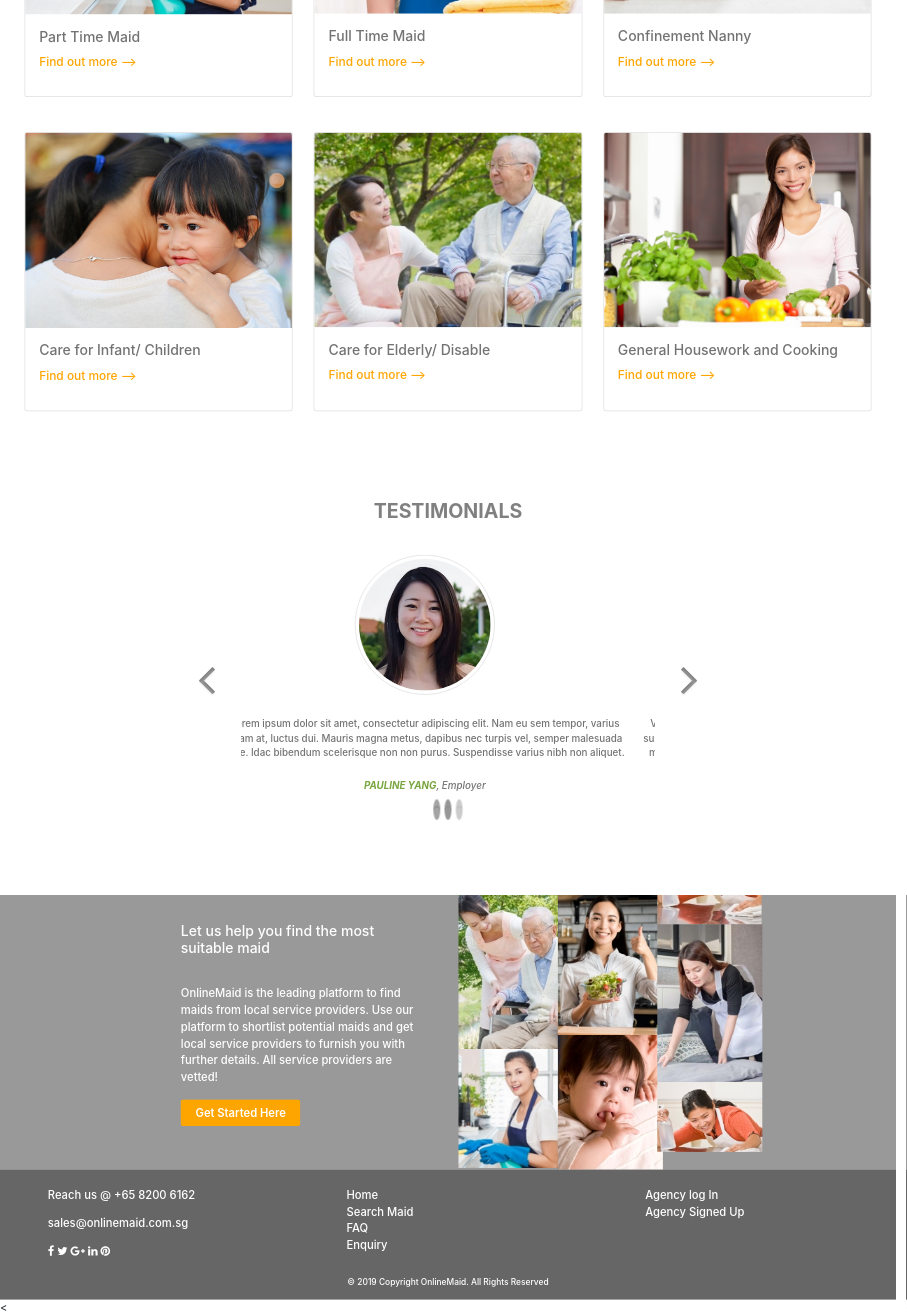
Repository: Code-Institute-Submissions/Project-1---Online-Maid
Page: index.html
The author's editor kept a record of every edit. The page is drawn from the files as they stood at one moment, then again after the next edit.
The browser window is 1280 px wide. The page is 1295 px wide, so the pictures cover 1295 px, including what lies to the right of the window. The pictures show the part of the page from y = 1332 to 3212 px (the page is 3212 px tall before and 3180 px after), at 70% of full size.
Some web libraries are served in a nearby version.

Above is the page before.

After the next edit:
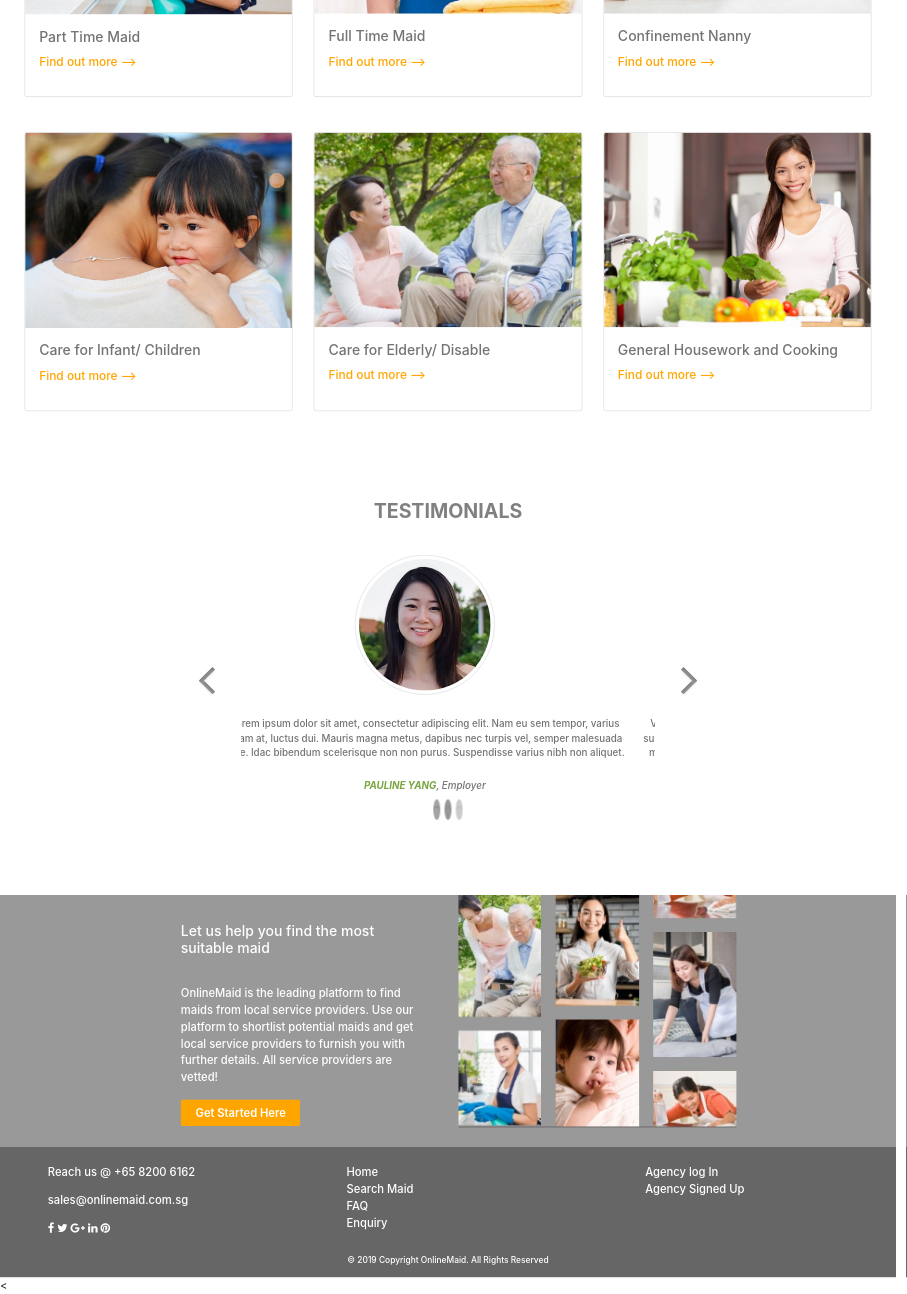
The edit:
--- a/index.html
+++ b/index.html
@@ -250,26 +250,26 @@
       <button type="button" class="btn enquiry-btn">Get Started Here</button>
     </div>
 
-    <div class="col-md-4">
-      <!--<img class="img-responsive" src="images/enquiry-image.jpg" alt="Card image cap">-->
-      <div class="row picture-container">
-
-        <div class="col-sm-4 picture-col-1">
-          <img class="card-img-top-1" src="images/enquiry/1a.jpg" alt="Card image cap">
-          <img class="card-img-top-2" src="images/enquiry/2a.jpg" alt="Card image cap">
-        </div>
-
-        <div class="col-sm-4 picture-col-2">
-          <img class="card-img-top-3" src="images/enquiry/3a.jpg" alt="Card image cap">
-          <img class="card-img-top-4" src="images/enquiry/4a.jpg" alt="Card image cap">
-        </div>
-
-        <div class="col-md-4 picture-col-3">
-          <img class="card-img-top-5" src="images/enquiry/5a.jpg" alt="Card image cap">
-          <img class="card-img-top-6" src="images/enquiry/6a.jpg" alt="Card image cap">
-          <img class="card-img-top-7" src="images/enquiry/7a.jpg" alt="Card image cap">
-        </div>
-      </div>
+    <div class="col-md-4 ">
+      <img class="img-responsive w-100" src="images/enquiry-image.jpg" alt="Card image cap">
+      <!--<div class="row picture-container">-->
+
+      <!--  <div class="col-sm-4 picture-col-1">-->
+      <!--    <img class="card-img-top-1" src="images/enquiry/1a.jpg" alt="Card image cap">-->
+      <!--    <img class="card-img-top-2" src="images/enquiry/2a.jpg" alt="Card image cap">-->
+      <!--  </div>-->
+
+      <!--  <div class="col-sm-4 picture-col-2">-->
+      <!--    <img class="card-img-top-3" src="images/enquiry/3a.jpg" alt="Card image cap">-->
+      <!--    <img class="card-img-top-4" src="images/enquiry/4a.jpg" alt="Card image cap">-->
+      <!--  </div>-->
+
+      <!--  <div class="col-sm-4 picture-col-3">-->
+      <!--    <img class="card-img-top-5" src="images/enquiry/5a.jpg" alt="Card image cap">-->
+      <!--    <img class="card-img-top-6" src="images/enquiry/6a.jpg" alt="Card image cap">-->
+      <!--    <img class="card-img-top-7" src="images/enquiry/7a.jpg" alt="Card image cap">-->
+      <!--  </div>-->
+      <!--</div>-->
   </div>
 
     <div class="col-2"></div>
